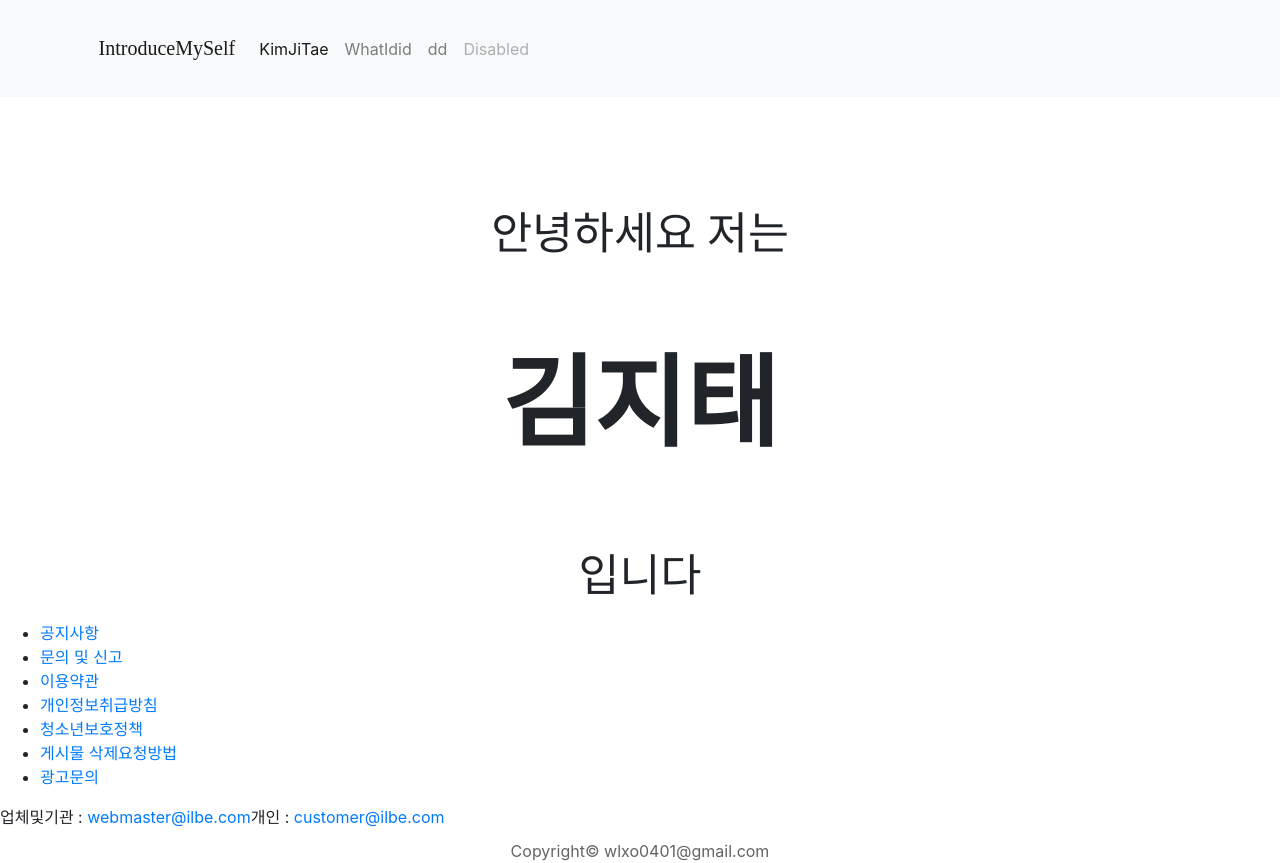
Repository: wlxo0401/IntroduveMySelf
Page: IntroduceMySelf/WebContent/Index.html
An editor plug-in stored every save of this project. The page is shown before and after the next save, followed by the edit.
The browser window is 1280 px wide. The pictures show the whole page.

Above is the page before, as saved 2020-03-11 06:25:00.

### IntroduceMySelf/WebContent/Index.html
<!DOCTYPE html>
<html>
  <head>
    <!-- Required meta tags -->
    <meta charset="utf-8">
    <meta name="viewport" content="width=device-width, initial-scale=1, shrink-to-fit=no">

    <!-- Bootstrap CSS -->
    <link rel="stylesheet" href="https://stackpath.bootstrapcdn.com/bootstrap/4.4.1/css/bootstrap.min.css" integrity="sha384-Vkoo8x4CGsO3+Hhxv8T/Q5PaXtkKtu6ug5TOeNV6gBiFeWPGFN9MuhOf23Q9Ifjh" crossorigin="anonymous">

    <title>Hello, world!</title>
    <link rel = "stylesheet" href = "style.css">
  </head>
<body>

<div id = "wrap">
	<!-- header -->
	<div id = "header">
		<nav class="navbar navbar-expand-lg navbar-light bg-light nav-distance">
			<a class="navbar-brand" href="https://pensive-heyrovsky-621c38.netlify.com/#">IntroduceMySelf</a>
		  	<button class="navbar-toggler" type="button" data-toggle="collapse" data-target="#navbarNav" aria-controls="navbarNav" aria-expanded="false" aria-label="Toggle navigation">
		    	<span class="navbar-toggler-icon"></span>
		  	</button>
		  	<div class="collapse navbar-collapse" id="navbarNav">
		    	<ul class="navbar-nav">
		      		<li class="nav-item active">
		        		<a class="nav-link" href="#">KimJiTae <span class="sr-only">(current)</span></a>
		      		</li>
		      		<li class="nav-item">
		        		<a class="nav-link" href="#">WhatIdid</a>
		      		</li>
		      		<li class="nav-item">
		        		<a class="nav-link" href="#">dd</a>
		      		</li>
		      		<li class="nav-item">
		        		<a class="nav-link disabled" href="#" tabindex="-1" aria-disabled="true">Disabled</a>
		      		</li>
		    	</ul>
			</div>
		</nav>
	</div>
	<!-- //header -->
	<!-- container -->
	<div class = "container">
		<!-- <img src="img/kimjitae1.jpg" id="bg" alt=""> -->
		<h1 class = "maintitle2">안녕하세요 저는</h2>
		<h1 class = "maintitle1">김지태</h1>
		<h1 class = "maintitle2">입니다</h2>
	</div>
	<!-- //container -->
	<!-- footer -->
	<div id = "footer">
		<ul class="footer-util">
				<li><a href="/list/notice">공지사항</a></li>
				<li><a href="/list/suggestion">문의 및 신고</a></li>
				<li><a href="/policy/terms" target="_blank">이용약관</a></li>
				<li><a href="/policy/privacy" target="_blank">개인정보취급방침</a></li>
				<li><a href="/policy/youth" target="_blank">청소년보호정책</a></li>
				<li><a href="/view/4810992">게시물 삭제요청방법</a></li>
				<li><a href="http://ad.ilbe.com">광고문의</a></li>
		</ul>
		<div class="address">업체및기관 : <a href="mainto:webmaster@ilbe.com">webmaster@ilbe.com</a><span class="bar"></span>개인 : <a href="mainto:customer@ilbe.com">customer@ilbe.com</a></div>
		<div class="copyright">Copyright© wlxo0401@gmail.com</div>
	</div>
	<!-- //footer -->
</div>
<!-- Optional JavaScript -->
<!-- jQuery first, then Popper.js, then Bootstrap JS -->
<script src="https://code.jquery.com/jquery-3.4.1.slim.min.js" integrity="sha384-J6qa4849blE2+poT4WnyKhv5vZF5SrPo0iEjwBvKU7imGFAV0wwj1yYfoRSJoZ+n" crossorigin="anonymous"></script>
<script src="https://cdn.jsdelivr.net/npm/popper.js@1.16.0/dist/umd/popper.min.js" integrity="sha384-Q6E9RHvbIyZFJoft+2mJbHaEWldlvI9IOYy5n3zV9zzTtmI3UksdQRVvoxMfooAo" crossorigin="anonymous"></script>
<script src="https://stackpath.bootstrapcdn.com/bootstrap/4.4.1/js/bootstrap.min.js" integrity="sha384-wfSDF2E50Y2D1uUdj0O3uMBJnjuUD4Ih7YwaYd1iqfktj0Uod8GCExl3Og8ifwB6" crossorigin="anonymous"></script>
</body>
</html>

### IntroduceMySelf/WebContent/style.css
body{
	margin: 0;
	padding: 0;
}

#bg {
  position: fixed;
  top: 0;
  left: 0;

  /* Preserve aspet ratio */
  min-width: 100%;
  min-height: 100%;
}

.container{
	margin-top: 100px;
}

.maintitle1{
	font-family: NanumSquareR;
	font-size: 100px;
	line-height: 1.67;
	text-transform: uppercase;
	font-weight: 900;
	text-align: center;
	color: #354655d;
	margin-top: 50px;
	margin-bottom: 50px;
}


.maintitle2{
	text-transform: uppercase;
	font-family: NanumSquareR;
	font-size: 44.5px;
	line-height: 1.67;
	text-align: center;
	color: #354655d;
}


.nav-distance{
	padding: 2.1% 7.7%
}

.navbar-brand{
	font-family: NanumSquareR;
	line-height: 1.68;
	text-align: left;
	color: #35465d;
}


/* On screens that are 600px or less, set the background color to olive */
@media screen and (max-width: 600px) {
  html {
    font-size: 10px;
  }
  .navbar-brand{
  	font-size: 4rem;
  }
}

.footer-border {
    border-top: 5px solid #cc0000;
    box-sizing: content-box;
    background: #333333;
    height: 8px;
}


.copyright {
    margin-top: 10px;
    text-align: center;
    color: #636363;
}

After the next save:
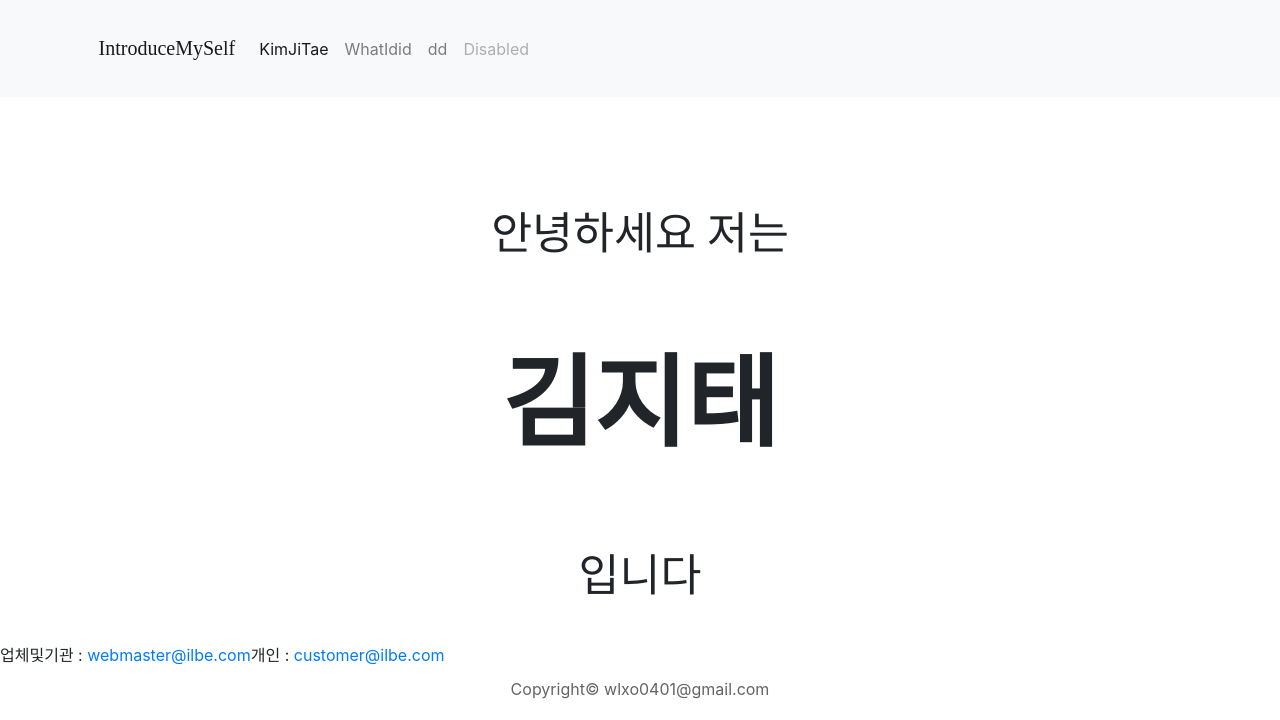
Saved 15 s later.
--- a/IntroduceMySelf/WebContent/style.css
+++ b/IntroduceMySelf/WebContent/style.css
@@ -69,7 +69,11 @@
     height: 8px;
 }
 
-
+.footer-util {
+    text-align: center;
+    margin-top: 14px;
+    font-size: 0;
+}
 .copyright {
     margin-top: 10px;
     text-align: center;

After the save that followed:
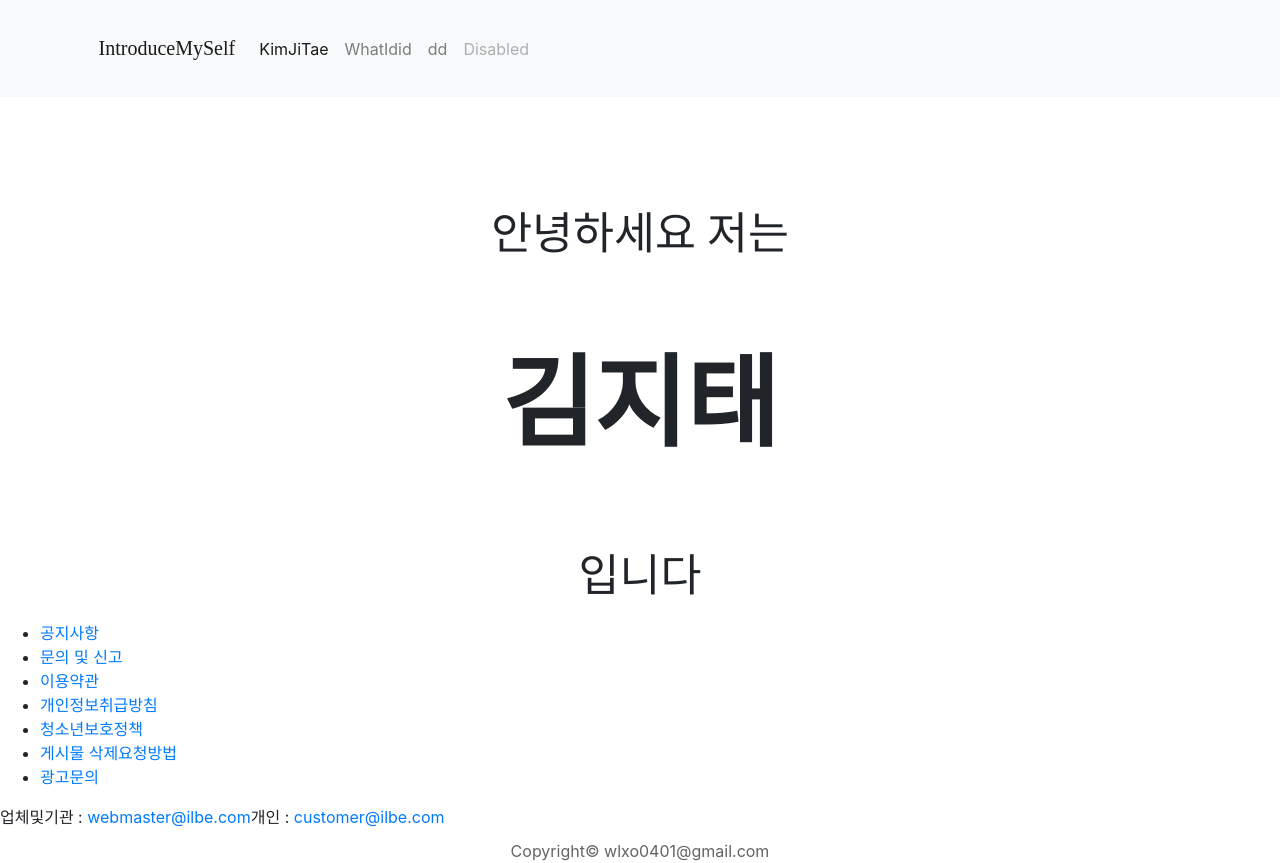
Saved 9 s later.
--- a/IntroduceMySelf/WebContent/style.css
+++ b/IntroduceMySelf/WebContent/style.css
@@ -69,11 +69,7 @@
     height: 8px;
 }
 
-.footer-util {
-    text-align: center;
-    margin-top: 14px;
-    font-size: 0;
-}
+
 .copyright {
     margin-top: 10px;
     text-align: center;
